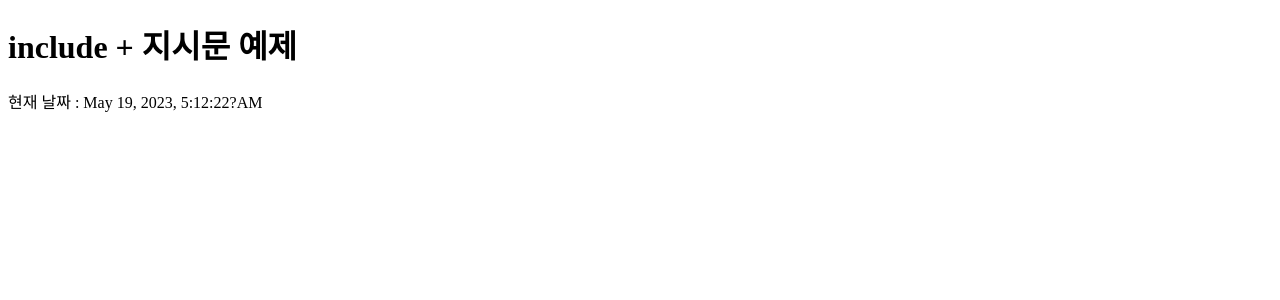
Repository: Yang-Seungjae/JSPservlet
Page: http://localhost/example1/ex7/head.jsp
The author's editor kept a copy of each file at every save. The page is drawn from the files as they stood at one save, then again after the next save.
The browser window is 1280 px wide. The pictures show the whole page.
The page is served by Tomcat 9.

Above is the page before, as saved 2023-05-23 01:24:51.

After the next save:
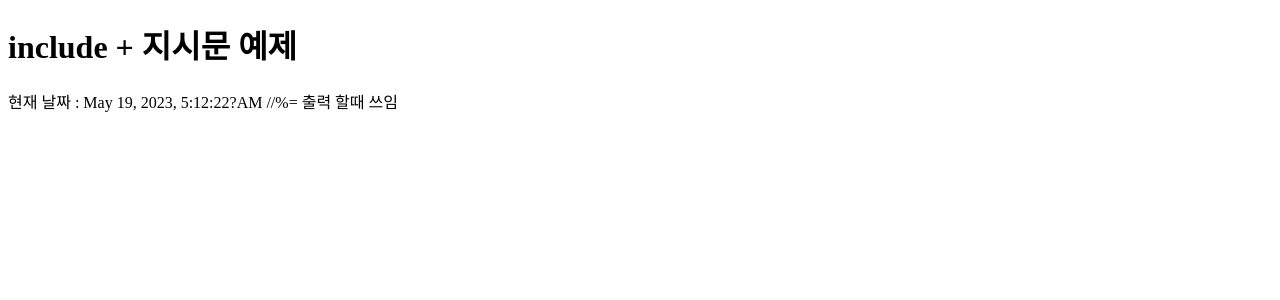
Saved 38 s later.
--- a/example1/src/main/webapp/ex7/head.jsp
+++ b/example1/src/main/webapp/ex7/head.jsp
@@ -24,6 +24,6 @@ public int getLength(){
 	date = new Date();
 %>
 
-현재 날짜 : <%= date.toLocaleString() %>
+현재 날짜 : <%= date.toLocaleString() %>  //%= 출력 할때 쓰임
 </body>
 </html>
